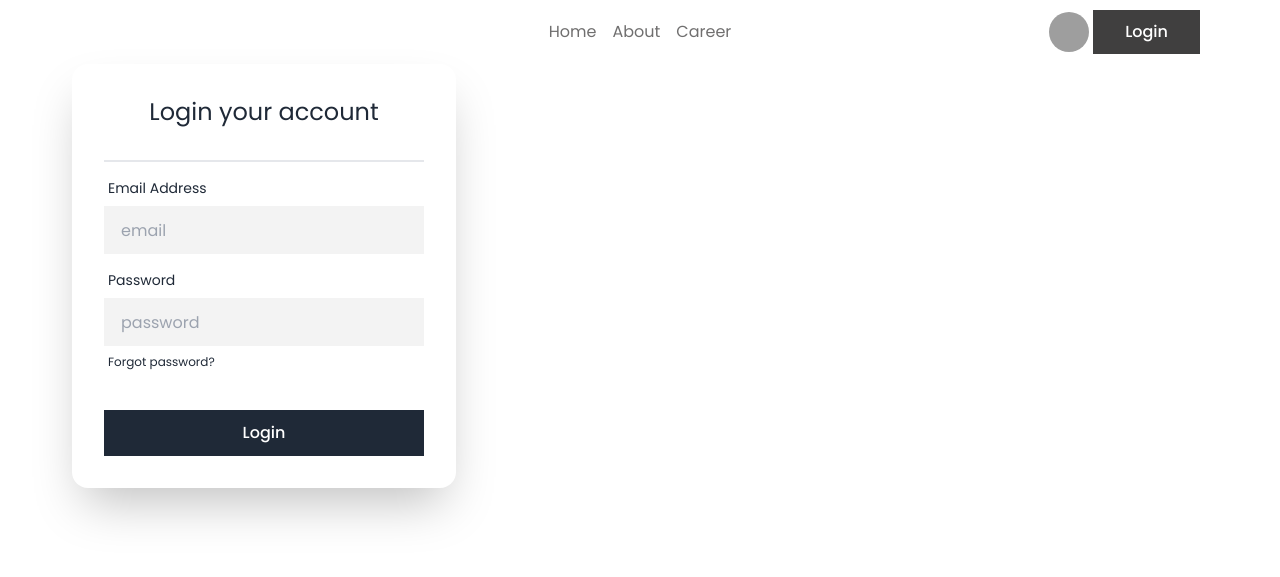
Repository: ShouravAhammed/react-dragon-news-auth
Page: /login
An editor plug-in stored every save of this project. The page is shown before and after the next save, followed by the edit.
The browser window is 1280 px wide. The pictures show the whole page.
Pictures or frames that could not be fetched are drawn as grey boxes. The project was rebuilt for these pictures with package versions that can differ from the ones it lists, and the page was loaded fresh each time. Also part of the build but not shown: vite.config.js, src/pages/BreakingNews/BreakingNews.jsx, src/pages/Shared/Header/Header.jsx, src/pages/Shared/LeftSideNav/LeftSideNav.jsx, src/Components/btnLogin/BtnLogin.jsx, src/pages/Shared/RIghtSideNav/RightSideNav.jsx, src/pages/Home/Home.jsx, src/pages/About/About.jsx and 1 more.

Above is the page before, as saved 2024-04-14 02:59:20.

### src/main.jsx
import React from 'react'
import ReactDOM from 'react-dom/client'
import './index.css'
import { RouterProvider } from 'react-router-dom'
import router from './Routes/Routes.jsx'

ReactDOM.createRoot(document.getElementById('root')).render(
  <React.StrictMode>
    <RouterProvider router={router}/>
  </React.StrictMode>,
)

### src/Routes/Routes.jsx
import Root from "../layout/Root";

import {
    createBrowserRouter,
  } from "react-router-dom";
import Home from "../pages/Home/Home";
import About from "../pages/About/About";
import Career from "../pages/Career/Career";
import Login from "../pages/Login/Login";

const router = createBrowserRouter([
    {
        path: '/',
        element: <Root></Root>,
        children: [
            {

                path: '/',
                element: <Home></Home>,
            },
            {

                path: '/about',
                element: <About></About>,
            },
            {

                path: '/career',
                element: <Career></Career>,
            },
            {

                path: '/login',
                element: <Login></Login>,
            },

        ]
    }
])

export default router;

### src/layout/Root.jsx
import { Outlet } from "react-router-dom";


const Root = () => {
    return (
        <div className="max-w-6xl mx-auto font-poppins px-2">
            <Outlet></Outlet>
        </div>
    );
};

export default Root;

### src/pages/Login/Login.jsx
import Navbar from "../Shared/Navbar/Navbar";


const Login = () => {
    return (
        <div>
            <Navbar></Navbar>

            <div className="">
  <div className="">
    <div className="card  w-full max-w-sm shadow-2xl">

      <form className="card-body">
        <h3 className="text-center pb-8 border-b-2 text-2xl">Login your account</h3>
        <div className="form-control">
          <label className="label">
            <span className="label-text">Email Address</span>
          </label>
          <input type="email" placeholder="email" className="input rounded-none bg-[#F3F3F3]" required />
        </div>
        <div className="form-control">
          <label className="label">
            <span className="label-text">Password</span>
          </label>
          <input type="password" placeholder="password" className="input bg-[#F3F3F3] rounded-none" required />
          <label className="label">
            <a href="#" className="label-text-alt link link-hover">Forgot password?</a>
          </label>
        </div>
        <div className="form-control mt-6">
        <button
        className="w-full px-8 py-2.5 relative group overflow-hidden font-medium bg-gray-800 text-white inline-block border-gray-800 border"
      >
        <span className="absolute top-0 left-0 flex w-full h-0 mb-0 transition-all duration-200 ease-out transform translate-y-0 bg-white group-hover:h-full"></span>
        <span className="relative group-hover:text-gray-800">Login</span>
      </button>
        </div>
      </form>

    </div>
  </div>
</div>

        </div>
    );
};

export default Login;

### src/pages/Shared/Navbar/Navbar.jsx
import { Link, NavLink } from "react-router-dom";
import DefaultUser from '../../../assets/user.png'

const Navbar = () => {

    const navLinks =
    <>
        <li><NavLink to={'/'} className={({isActive}) => isActive ? 'text-[#D72050]' : 'text-[#706F6F]'}>Home</NavLink></li>
        <li><NavLink to={'/about'} className={({isActive}) => isActive ? 'text-[#D72050]' : 'text-[#706F6F]'}>About</NavLink></li>
        <li><NavLink to={'/career'} className={({isActive}) => isActive ? 'text-[#D72050]' : 'text-[#706F6F]'}>Career</NavLink></li>
    </>

    return (
        <div>
            <div className="navbar">
  <div className="navbar-start">
    <div className="dropdown">
      <div tabIndex={0} role="button" className="btn btn-ghost lg:hidden">
        <svg xmlns="http://www.w3.org/2000/svg" className="h-5 w-5" fill="none" viewBox="0 0 24 24" stroke="currentColor"><path strokeLinecap="round" strokeLinejoin="round" strokeWidth="2" d="M4 6h16M4 12h8m-8 6h16" /></svg>
      </div>
      <ul tabIndex={0} className=" menu-sm dropdown-content mt-3 z-[1] p-2 shadow bg-base-100 rounded-box w-52 text-[#706F6F] font-normal text-[18px]">
        {navLinks}
      </ul>
    </div>
  </div>
  <div className="navbar-center hidden lg:flex">
    <ul className="flex justify-center items-center gap-4 menu-horizontal px-1">
      {navLinks}
    </ul>
  </div>
  <div className="navbar-end">
  <div tabIndex={0} role="button" className="btn btn-ghost btn-circle avatar">
        <div className="w-10 rounded-full">
          <img alt="Tailwind CSS Navbar component" src={DefaultUser} />
        </div>
      </div>

  <Link to={'/login'}
        className="px-8 py-2.5 relative group overflow-hidden font-medium bg-[#403F3F] text-white inline-block"
      >
        <span className="absolute top-0 left-0 flex w-full h-0 mb-0 transition-all duration-200 ease-out transform translate-y-0 bg-gray-50 group-hover:h-full"></span>
        <span className="relative group-hover:text-[#403F3F]">Login</span>
      </Link>
  </div>
</div>
        </div>
    );
};

export default Navbar;

### tailwind.config.js
/** @type {import('tailwindcss').Config} */
export default {
  content: [
    "./index.html",
    "./src/**/*.{js,ts,jsx,tsx}",
  ],
  theme: {
    extend: {
      fontFamily: {
        poppins: '"Poppins", sans-serif;', // Adds a new `font-display` class
      }
    }
  },
  plugins: [require("daisyui")],
}

Loaded but not shown: index.html (common file); src/index.css (common file)

After the next save:
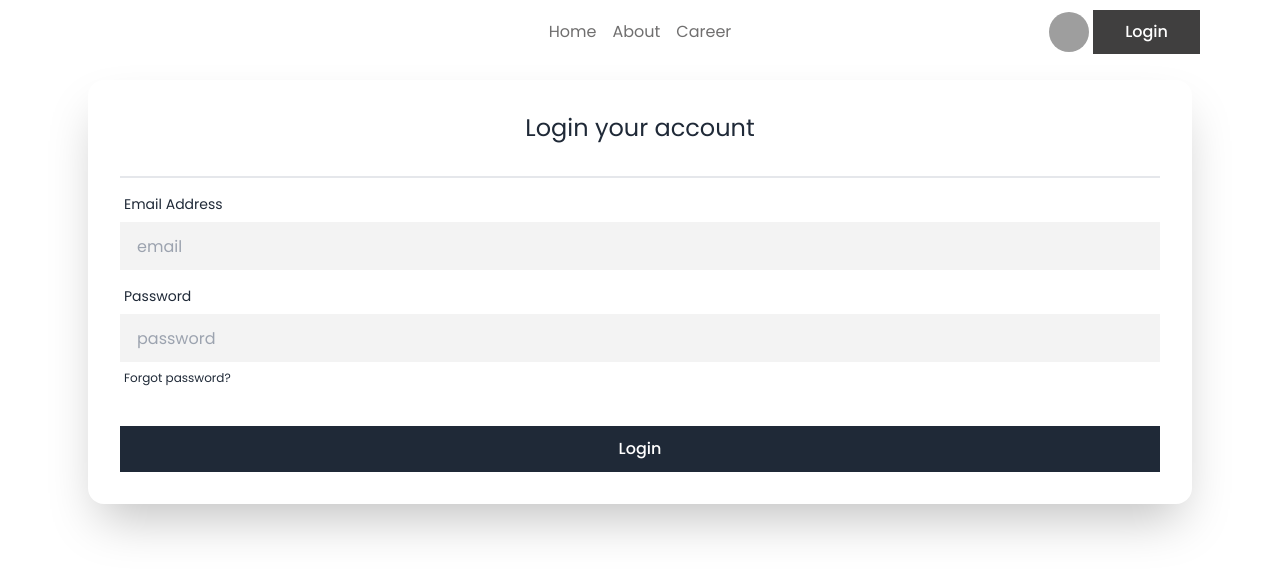
Saved 15 s later.
--- a/src/pages/Login/Login.jsx
+++ b/src/pages/Login/Login.jsx
@@ -7,8 +7,8 @@ const Login = () => {
             <Navbar></Navbar>
 
             <div className="">
-  <div className="">
-    <div className="card  w-full max-w-sm shadow-2xl">
+  <div className="hero-content">
+    <div className="card  w-full shadow-2xl">
 
       <form className="card-body">
         <h3 className="text-center pb-8 border-b-2 text-2xl">Login your account</h3>
